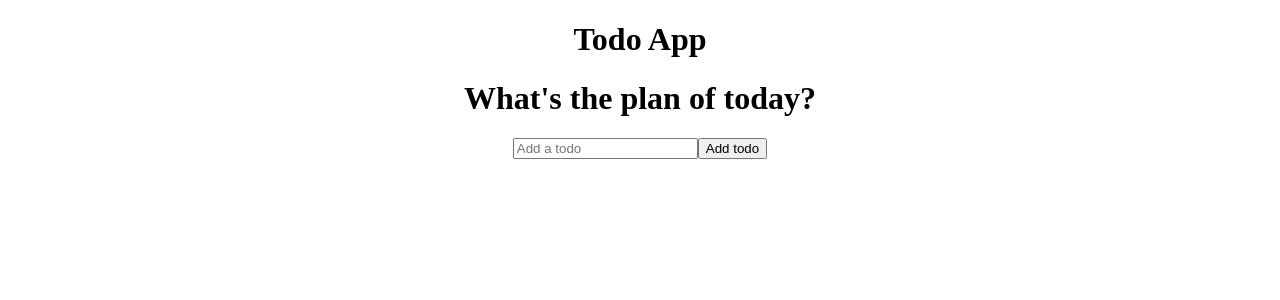
Repository: qqharry21/react-todo-app-v1
Page: /
The author's editor kept a copy of each file at every save. The page is drawn from the files as they stood at one save, then again after the next save.
The browser window is 1280 px wide. The pictures show the whole page.
The project was rebuilt for these pictures with package versions that can differ from the ones it lists, and the page was loaded fresh each time. Also part of the build but not shown: src/components/Todo.js.

Above is the page before, as saved 2021-12-25 14:49:09.

### src/index.js
/** @format */

import React from 'react';
import ReactDOM from 'react-dom';

import App from './App';

ReactDOM.render(
  <React.StrictMode>
    <App />
  </React.StrictMode>,
  document.getElementById('root')
);

### src/App.js
/** @format */

import './App.css';
import TodoList from './components/TodoList';

function App() {
  return (
    <div className='App'>
      <h1>Todo App</h1>
      <TodoList />
    </div>
  );
}

export default App;

### src/components/TodoList.js
/** @format */

import React, { useState } from 'react';
import TodoForm from './TodoForm';
import Todo from './Todo';
function TodoList() {
  const [todos, setTodos] = useState([]);

  // 新增 todo
  const addTodo = todo => {
    if (!todo.text || /^\s$/.test(todo.text)) {
      return;
    }
    const newTodos = [todo, ...todos];

    setTodos(newTodos);
    // console.log('todos', todo, ...todos);
  };

  // 更改 todo 狀態
  const completeTodo = id => {
    let updateTodo = todos.map(todo => {
      if (todo.id === id) {
        todo.isComplete = !todo.isComplete;
      }
      return todo;
    });
    setTodos(updateTodo);
  };

  // 移除 todo
  const removeTodo = id => {
    let removeArray = todos.filter(todo => todo.id !== id);
    setTodos(removeArray);
  };

  // 編輯 todo
  const editTodo = (id, newValue) => {
    if (!newValue || /^\s$/.test(newValue)) {
      return;
    }
    setTodos(prevState => prevState.map(todo => (todo.id === id ? newValue : todo.text)));
  };

  return (
    <div>
      <h1>What's the plan of today?</h1>
      <TodoForm onSubmit={addTodo} />
      <Todo todos={todos} completeTodo={completeTodo} removeTodo={removeTodo} editTodo={editTodo} />
    </div>
  );
}

export default TodoList;

### src/components/TodoForm.js
/** @format */

import React, { useState, useEffect, useRef } from 'react';

function TodoForm({ onSubmit }) {
  const [input, setInput] = useState('');

  const inputRef = useRef(null);

  useEffect(() => {
    inputRef.current.focus;
  }, []);

  const handleInput = e => {
    setInput(e.target.value);
  };

  const handleSubmit = e => {
    e.preventDefault();
    onSubmit({ id: Math.floor(Math.random() * 100), text: input, isComplete: false });
    setInput('');
  };

  return (
    <form action='' className='todo-form' onSubmit={handleSubmit}>
      <input
        type='text'
        className='todo-input'
        placeholder='Add a todo'
        name='text'
        value={input}
        onChange={handleInput}
        ref={inputRef}
      />
      <button className='todo-button'>Add todo</button>
    </form>
  );
}

export default TodoForm;

Loaded but not shown: public/index.html (common file); src/App.css (common file)

After the next save:
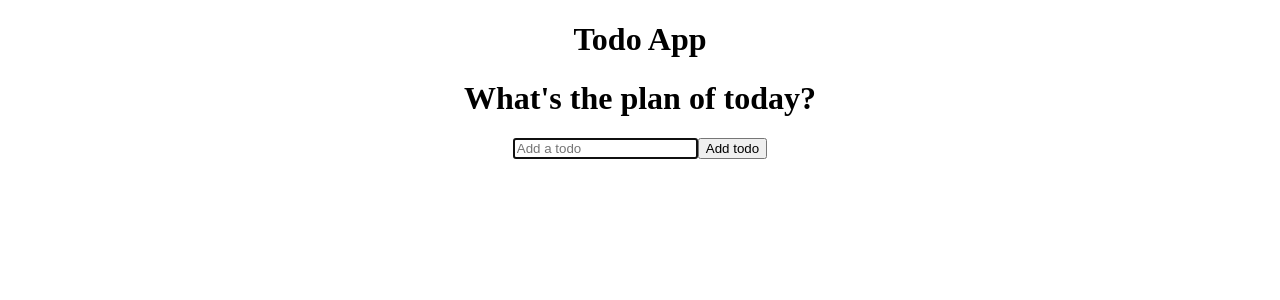
Saved 5 s later.
--- a/src/components/TodoForm.js
+++ b/src/components/TodoForm.js
@@ -8,7 +8,7 @@ function TodoForm({ onSubmit }) {
   const inputRef = useRef(null);
 
   useEffect(() => {
-    inputRef.current.focus;
+    inputRef.current.focus();
   }, []);
 
   const handleInput = e => {
